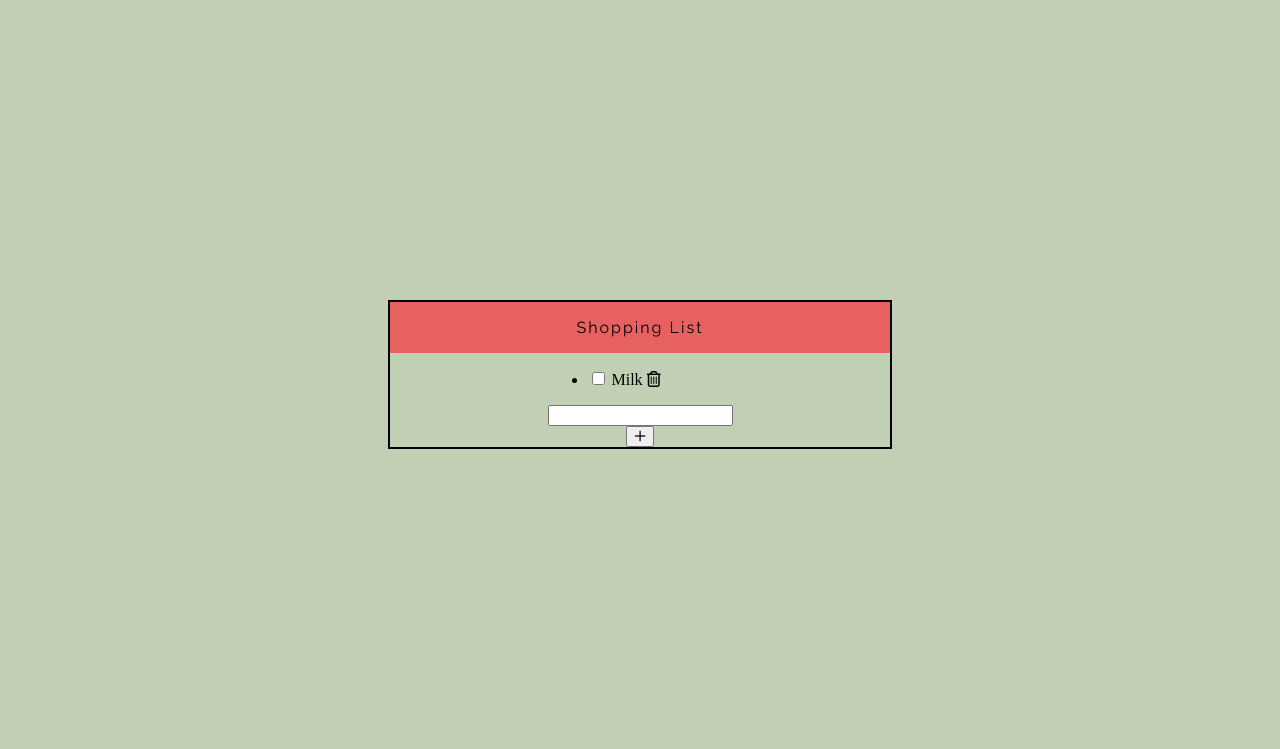
Repository: sephinejo/shopping-list-app
Page: index.html
The author's editor kept a copy of each file at every save. The page is drawn from the files as they stood at one save, then again after the next save.
The browser window is 1280 px wide. The pictures show the whole page.
Some web fonts or font styles are not loaded; a fallback is used. Some web libraries are served in a nearby version.

Above is the page before, as saved 2023-05-11 18:19:40.

After the next save:
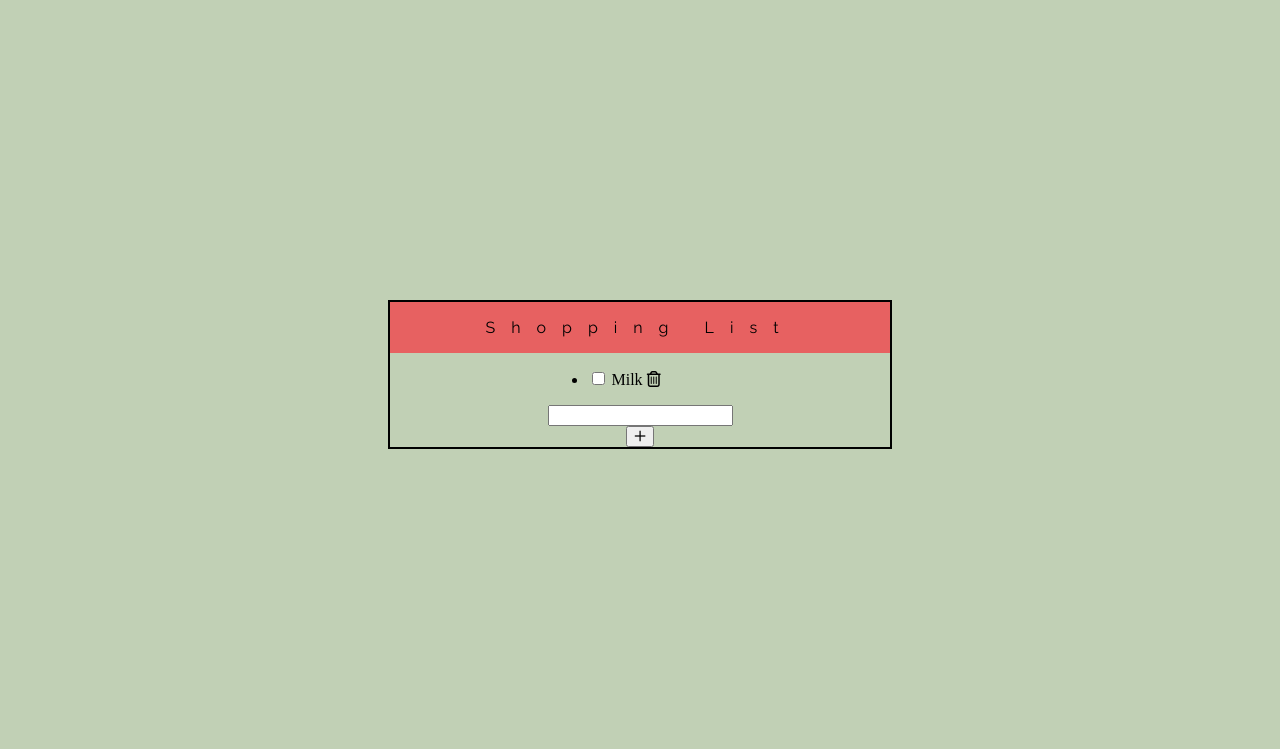
Saved 5 s later.
--- a/style.css
+++ b/style.css
@@ -16,6 +16,6 @@ header {
   width: 100%;
   text-align: center;
   font-family: Raleway;
-  letter-spacing: 2px;
+  letter-spacing: 1rem;
   background-color: #e76161;
 }
